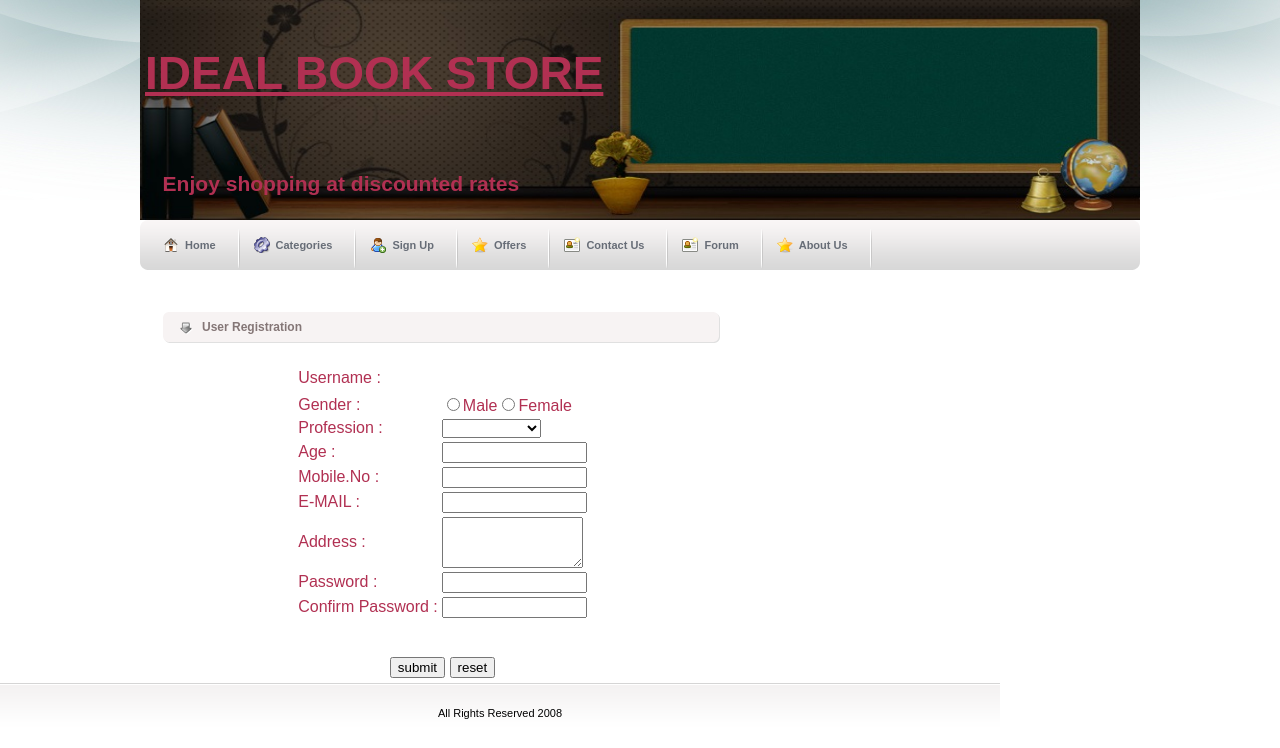
Repository: tusharjain887/Online-Book-Sales
Page: PROJECT/workspace/workspace/OnlineBook/WebContent/registration.html
An editor plug-in stored every save of this project. The page is shown before and after the next save, followed by the edit.
The browser window is 1280 px wide. The pictures show the whole page.

Above is the page before, as saved 2013-04-08 18:00:49.

### PROJECT/workspace/workspace/OnlineBook/WebContent/registration.html

<!DOCTYPE html PUBLIC "-//W3C//DTD XHTML 1.0 Transitional//EN" "http://www.w3.org/TR/xhtml1/DTD/xhtml1-transitional.dtd">
<html xmlns="http://www.w3.org/1999/xhtml">
<head>
<title>Sign Up</title>
<meta http-equiv="Content-Type" content="text/html; charset=windows-1252" />
<link rel="stylesheet" type="text/css" href="style.css" />
<!--[if IE 6]>
<link rel="stylesheet" type="text/css" href="iecss.css" />
<![endif]-->
<script type="text/javascript" src="js/boxOver.js"></script>
</head>
<body>
<div id="main_container">

  <div id="header">
	<div class="leftcontent"><h1><u>IDEAL BOOK STORE</u></h1></div>
    <div class="leftdowncontent"><h3>&nbsp&nbsp&nbspEnjoy shopping at discounted rates</h3></div>

  </div>

  <div id="main_content">
    <div id="menu_tab">
      <div class="left_menu_corner"></div>
      <ul class="menu">
        <li><a href="index.jsp" class="nav1"> Home</a></li>
        <li class="divider"></li>
        <li><a href="categories.jsp" class="nav2">Categories</a></li>
        <li class="divider"></li>
        <li><a href="registration.html" class="nav4">Sign Up</a></li>
        <li class="divider"></li>
        <li><a href="news.jsp" class="nav3">Offers</a></li>
        <li class="divider"></li>
        <li><a href="contact.jsp" class="nav6">Contact Us</a></li>
        <li class="divider"></li>
        <li><a href="forum.jsp" class="nav6">Forum</a></li>
        <li class="divider"></li>
        <li><a href="aboutus.jsp" class="nav3">About Us</a></li>
        <li class="divider"></li>

      </ul>
      <div class="right_menu_corner"></div>
    </div>
    <!-- end of menu tab -->
    <div class="left_content">
     <br><br><br>

      </div>


    <!-- end of left content -->
     <br><br><br>
    </div>
    <!-- end of left content -->
    <div class="center_content">
      <div class="center_title_bar">User Registration</div>
      <div style="font-size:16px;color:#B13052;">
      <form name="myForm" action="registration.jsp" method="post">
      <center>
<table>
<br><br>

<h3>
<tr>
<td style="margin-bottom: 5px;">Username        : </td>
<td style="margin-bottom: 5px;><input type=text name="username" size=15></td>
</tr>
<tr>
<td style="margin-bottom: 5px;>Name         : </td>
<td><input type=text name="name" size=15></td>
</tr>
<tr>
<td>Gender               :</td>
<td><input type="radio" name="gender" value="male" /><span>Male</span><input type="radio" name="gender" value="female" /><span>Female</span></td>
</tr>
<tr>
<td>Profession        : </td>
<td><select name="pro">
<option value=None>
<option value=Student>Student
<option value=Business>Business
<option value=Govt. Employee>Govt.Employ
<option value=Pvt.Employee>Pvt.Employ</select></td>
</tr>
<tr>
<td>Age               :</td>
<td><input type=text name="age"size=15></td>
</tr>
<tr>
<td>Mobile.No         :</td>
<td><input type=text name="phone1" size=15></td>
</tr>
<tr>
<td>E-MAIL            :</td>
<td><input type=text name="email" size=15></td>
</tr>
<tr>
<td>Address          : </td>
<td><textarea rows=3 cols=15 name="address" size=15></textarea></td>
</tr>
<tr>
<td>Password          : </td>
<td><input type=password name="pwd" size=15></td>
</tr>
<tr>
<td>Confirm Password  : </td>
<td><input type=password name="pwd1" size=15></td>
</tr></h3>
</table>
<br><br>


<input type=submit value="submit">
<input type=reset value="reset">
</center>
</form>
</div>
    </div>
    <!-- end of center content -->
    <div class="right_content">
     <br><br><br>
    </div>
    <!-- end of right content -->
  </div>
  <!-- end of main content -->
  <div class="footer">
    <br><br>
    <center> All Rights Reserved 2008</center>
      </div>

<!-- end of main_container -->
</body>
</html>

### PROJECT/workspace/workspace/OnlineBook/WebContent/style.css
body
{
background:url(images/bg.jpg) no-repeat #fff center top;
padding:0;
font-family:Arial, Helvetica, sans-serif;
font-size:11px;
margin:0px auto auto auto;
color:#000;
}
p{
padding:2px;
margin:0px;
}
#main_container{
width:1000px;
height:auto;
margin:auto;
padding:0px;
}
.top_bar{
width:1000px;
height:38px;
background-color:#4a4a4a;
}
.top_search{
width:370px;
height:32px;
margin:0px 20px 0 0;
_margin:0px 10px 0 0;
float:right;
background:url(images/top_search_bg.gif) no-repeat center;
}
input.search_input{
width:182px;
height:18px;
float:left;
margin:5px 0 0 0 ;
border:1px solid #dbdbdb;
border-bottom-color:#ffffff;
border-right-color:#ffffff;
}
.search_text{
float:left;
width:110px;
padding:8px 0 0 15px;
color:#999999;
}
.search_text a{
text-decoration:none;
color:#999999;
}
.search_bt{
float:left;
padding:2px 0 0 15px;
}
.languages{
float:right;
width:150px;
padding:8px 0 0 0;
}
.lang_text{
float:left;
padding:0 5px 0 0;
color:#b3adad;
}
a.lang{
display:block;
float:left;
padding:0 5px 0 5px;
}
#header{
width:1000px;
height:220px;
background:url(images/header_background.jpg) no-repeat center;
background-position:0px 0px;
background-size:1000px 220px;
margin=0;
}
.leftcontent{
	padding:15px 0px 15px 5px;
	font-size:23px;
	color: #B13052;
}
.leftdowncontent{
	padding:5px 0px 15px 5px;
	font-size:18px;
	color: #B13052;
}
.logout{
	float:right;
	font-size:14px;
	color: #fff;
}
.logout a,.logout a:hover {
	color: aqua;
}

}
#logo{
padding:15px;
}
#templatemo_header {
	clear: both;
	width: 1000px;
	height: 200px;
	padding: 0;
	margin: 0;
	background: url(images/templatemo_header_bg.jpg) no-repeat;
}

#templatemo_header a,a:hover {
	color: #000;
}

#templatemo_header #templatemo_special_offers {
	float: left;
	font-size: 14px;
	margin-top: 95px;
	margin-left: 490px;
	width: 180px;
}

#templatemo_special_offers a {
	font-size: 12px;
}

#templatemo_special_offers  p {
	margin: 0 0 20px 0;
}
#templatemo_special_offers p span {
	font-size: 18px;
}

#templatemo_header #templatemo_new_books {
	float: left;
	margin-top: 90px;
	margin-left: 55px;
	width: 180px;
}

#templatemo_new_books ul {
	 margin: 0 0 10px 0;
	 padding: 0 0 0 20px;
}

#templatemo_new_books li {
	 margin: 0;
	 padding: 0;
}

/*------------------------------oferte_content-----------------------*/
.oferte_content{
width:600px;
height:264px;
float:left;
padding:0 0 0 50px;
}
.top_divider{
float:left;
width:1px;
height:164px;
}
.oferta{
width:538px;
float:left;
padding:15px 30px 0 30px;
}
.oferta_img{
float:left;
padding:0 0 10px 0;
}
.oferta_title{
font-size:15px;
color:#b72c24;
font-weight:bold;
}
.oferta_details{
width:400px;
float:left;
padding:0 0 0 30px;
}
.oferta_text{
padding:5px 0 5px 0;
font-size:12px;
color:#FFFFFF;
text-align:justify;
line-height:15px;
}
a.details{
width:83px;
height:21px;
display:block;
float:right;
margin:5px 0 0 0;
padding-left:5px;
background:url(images/details_bt_bg.gif) no-repeat center;
text-align:center;
line-height:21px;
text-decoration:none;
color:#000000;
}
/*---------------------oferta_pagination-----------------------------*/

div.oferta_pagination {
clear:both;
padding:10px 0 0 0;
_padding:0px 0 0 0;
margin:5px;
text-align:center;
float:left;
font-size:10px;
}

div.oferta_pagination a {
width:22px;
height:22px;
display:block;
float:left;
margin:0 0 0 5px;
_margin:0 0 0 3px;
line-height:23px;
text-align:center;
background:url(images/pag_bg.gif) no-repeat center;
text-decoration:none;
color:#9d8b8b;
}
div.oferta_pagination a:hover, div.pagination a:active {
width:22px;
height:22px;
display:block;
float:left;
line-height:23px;
text-align:center;
background:url(images/pag_bg_a.gif) no-repeat center;
text-decoration:none;
color:#ad1614;
}
div.oferta_pagination span.current {
width:22px;
height:22px;
display:block;
float:left;
line-height:23px;
text-align:center;
background:url(images/pag_bg_a.gif) no-repeat center;
text-decoration:none;
color:#ad1614;
}
#main_content{
clear:both;
}
/*---------------- menu tab----------------------*/
#menu_tab{
width:1000px;
height:50px;
background-color:#fff;
}
.left_menu_corner{
width:9px;
height:50px;
float:left;
background:url(images/menu_left.gif) no-repeat center;
}
.right_menu_corner{
width:9px;
height:50px;
float:left;
background:url(images/menu_right.gif) no-repeat center;
}
ul.menu {
list-style-type:none; float:left; display:block; width:982px;
margin:0px; padding:0px;background:url(images/menu_bg.gif) repeat-x;}

ul.menu li {
display:inline;
font-size:11px;
font-weight:bold;
line-height:50px;
}
ul.menu li.divider {
display:inline;
width:2px;
height:50px;
float:left;
background:url(images/menu_divider.gif) no-repeat center;
}

a.nav1:link, a.nav1:visited {
display:block; float:left; padding:0px 8px 0px 22px; margin:0 14px 0 14px;height:50px;text-decoration:none; background:url(images/home.png) no-repeat left; color:#676d77;}
a.nav2:link, a.nav2:visited {
display:block; float:left; padding:0px 8px 0px 22px; margin:0 14px 0 14px;height:50px;text-decoration:none; background:url(images/services.png) no-repeat left; color:#676d77;}
a.nav3:link, a.nav3:visited {
display:block; float:left; padding:0px 8px 0px 22px; margin:0 14px 0 14px;height:50px;text-decoration:none; background:url(images/favs.png) no-repeat left; color:#676d77;}
a.nav4:link, a.nav4:visited {
display:block; float:left; padding:0px 8px 0px 22px; margin:0 14px 0 14px;height:50px;text-decoration:none; background:url(images/user_add.png) no-repeat left; color:#676d77;}
a.nav5:link, a.nav5:visited {
display:block; float:left; padding:0px 8px 0px 22px; margin:0 14px 0 14px;height:50px;text-decoration:none; background:url(images/car.png) no-repeat left; color:#676d77;}
a.nav6:link, a.nav6:visited {
display:block; float:left; padding:0px 8px 0px 22px; margin:0 14px 0 14px;height:50px;text-decoration:none; background:url(images/contact-new.png) no-repeat left; color:#676d77;}

a.nav1:hover, a.nav2:hover, a.nav3:hover, a.nav4:hover, a.nav5:hover, a.nav6:hover {
color:#333333;}


li.currencies{
width:180px;
float:left;
padding:0 0 0 15px;
_padding:12px 0 0 15px;
color:#676d77;
font-size:11px;
font-weight:bold;
}
/*----------------crumb_navigation-------------*/
.crumb_navigation{
width:980px;
height:15px;
padding:5px 10px 0 20px;
color:#333333;
background:url(images/navbullet.png) no-repeat left;
background-position:5px 6px;
}
.crumb_navigation a{
color:#0fa0dd;
text-decoration:underline;
}
span.current{
color:#0fa0dd;
}

/*-------------left_content------------------*/
.left_content{
width:196px;
float:left;
}
.title_box{
width:196px;
height:30px;
margin:5px 0 0 0;
background:url(images/menu_title_bg.gif) no-repeat center;
text-align:center;
font-size:13px;
font-weight:bold;
color:#fff;
line-height:30px;
}
/*--------left menu---------*/
ul.left_menu{
width:196px;
padding:0px;
margin:0px;
list-style:none;
}
ul.left_menu li{
margin:0px;
list-style:none;
}
ul.left_menu li.odd a{
width:166px;height:25px;display:block;background:url(images/checked.png) no-repeat left #dad0d0; background-position:5px 5px;border-bottom:1px #FFFFFF solid;
text-decoration:none;color:#504b4b;padding:0 0 0 30px; line-height:25px;
}
ul.left_menu li.even a{
width:166px;height:25px;display:block;background:url(images/checked.png) no-repeat left #eee6e6;background-position:5px 5px;border-bottom:1px #FFFFFF solid;
text-decoration:none;color:#504b4b;padding:0 0 0 30px; line-height:25px;
}
ul.left_menu li.even a:hover, ul.left_menu li.odd a:hover{
background:url(images/checked.png) no-repeat left #7bbcc7; color:#FFFFFF;background-position:5px 5px;
}

.border_box{
width:194px;
height:auto;
text-align:center;
border:1px #6da6b1 solid;
}
.product_title{
color:#ea2222;
padding:5px 0 5px 0;
font-weight:bold;
}
.product_title a{
text-decoration:none;
color:#ea2222;
padding:5px 0 5px 0;
font-weight:bold;
}
.product_title a:hover{
color:#064E5A;
}
.product_img{
padding:5px 0 5px 0;
}
.prod_price{
padding:5px 0 5px 0;
}
span.reduce{
color:#ea2222;
text-decoration:line-through;
}
span.price{
color:#ea2222;
}
/*----------newsletter--------------*/
input.newsletter_input{
width:160px;
height:16px;
border:1px #ddd9d9 solid;
margin:10px 0 5px 0;
font-size:12px;
padding:3px;
color:#999999;
}
a.join{
width:17px;
display:block;
margin:5px 0 5px 140px;
_margin:5px 0 5px 130px;
background:url(images/blue-add.png) no-repeat left;
padding:0 0 0 20px;
text-decoration:none;
color:#1c4a52;
}
.banner_adds{
width:194px;
text-align:center;
padding:10px 0 10px 0;
}

/*center content--------------------------*/
.center_content{
width:585px;
float:left;
padding:5px 10px;
}
.center_title_bar{
width:520px;
height:33px;
float:left;
padding:0 0 0 40px;
margin:0 0 0 12px;
_margin:0 0 0 6px;
line-height:33px;
font-size:12px;
color:#847676;
font-weight:bold;
background:url(images/bar_bg.gif) no-repeat center;
}

/*----------------------right content--------------*/
.right_content{
width:196px;
float:left;
padding:5px 0 0 0;
}
.shopping_cart{
width:195px;
height:84px;
text-align:center;
background:url(images/cart_bg.gif) no-repeat center;
}
.cart_title{
font-size:12px;
font-size:12px;
color:#847676;
font-weight:bold;
padding:8px 0 0 0;
}
.cart_details{
width:115px;
float:left;
padding:5px 0 0 15px;
text-align:left;
}
.cart_icon{
float:left;
padding:5px 0 0 5px;
}
span.border_cart{
width:100px;
height:1px;
margin:3px 0 3px 0;
display:block;
border-top:1px #999999 dashed;
}
/*---------prod_box----------*/
.prod_box{
width:173px;
height:auto;
float:left;
padding:10px 10px 10px 11px;
}
.top_prod_box{
width:173px;height:12px;background:url(images/product_box_top.gif) no-repeat center bottom;float:left; padding:0px; margin:0px;
}
.bottom_prod_box{
width:173px;height:10px;background:url(images/product_box_bottom.gif) no-repeat center top;float:left;padding:0px; margin:0px;
}
.center_prod_box{
width:173px;height: auto;background:url(images/product_box_center.gif) repeat-y;float:left; text-align:center;padding:0px; margin:0px;
}
.prod_details_tab{
width:173px;
height:31px;
float:left;
background:url(images/products_details_bg.gif) no-repeat center;
margin:3px 0 0 0;
}
img.left_bt{
float:left;
padding:6px 0 0 6px;
}
a.prod_details{
width:25px;
display:block;
float:left;
background:url(images/square-blue-add.gif) no-repeat left;
padding:0 0 0 20px;
margin:7px 0 0 38px;
_margin:6px 0 0 35px;
text-decoration:none;
color:#0fa0dd;
}
/*---------prod_box_big----------*/
.prod_box_big{
width:554px;
height:auto;
float:left;
padding:10px 10px 10px 15px;
}
.top_prod_box_big{
width:554px;height:12px;background:url(images/details_box_top.gif) no-repeat center bottom;float:left; padding:0px; margin:0px;
}
.bottom_prod_box_big{
width:554px;height:12px;background:url(images/details_box_bottom.gif) no-repeat center top;float:left;padding:0px; margin:0px;
}
.center_prod_box_big{
width:554px;height: auto;background:url(images/details_box_center.gif) repeat-y;float:left; text-align:center;padding:0px; margin:0px;
}
.product_img_big{
width:170px;
padding:5px 0 5px 10px;
float:left;
}
.details_big_box{
width:345px;
float:left;
padding:0 0 0 15px;
text-align:left;
}
.product_title_big{
color:#ea2222;
padding:5px 0 5px 0;
font-weight:bold;
font-size:14px;
}
.specifications{
font-size:12px;
font-weight:bold;
line-height:18px;
}
.thumbs{
padding:8px 5px 8px 5px;
border:1px #DFD1D1 solid;
margin:3px 0 0 0;
}
.thumbs a{
padding:3px;
}
.prod_price_big{
padding:5px 0 5px 0;
font-size:16px;
}
span.reduce{
color:#ea2222;

}
span.price{
color:#ea2222;
}
a.addtocart{
width:76px;
height:27px;
display:block;
float:left;
background:url(images/addtocart.gif) no-repeat left;
padding:0 0 0 33px;
text-decoration:none;
line-height:27px;
color:#1c4a52;
}
a.compare{
width:76px;
height:27px;
display:block;
float:left;
margin:0 0 0 10px;
background:url(images/compare.gif) no-repeat left;
padding:0 0 0 33px;
text-decoration:none;
line-height:27px;
color:#1c4a52;
}
span.blue{
color:#5F9FAB;
}
/*---------------contact_form------------------*/
.contact_form{
width:355px;
float:left;
padding:0px 0 0 75px;
}
.form_row{
width:335px;
clear:both;
padding:10px 0 10px 0;
_padding:5px 0 5px 0;
color:#a53d17;
}
label.contact{
width:75px;
float:left;
font-size:12px;
text-align:right;
padding:4px 5px 0 0;
color: #333333;
}
input.contact_input{
width:253px;
height:18px;
background-color:#fff;
color:#999999;
border:1px #DFDFDF solid;
float:left;
}
textarea.contact_textarea{
width:253px;
height:50px;
font-family:Arial, Helvetica, sans-serif;
font-size:12px;
color: #999999;
background-color:#fff;
border:1px #DFDFDF solid;
float:left;
}
a.contact{
width:99px;
height:27px;
display:block;
float:right;
margin:0 0 0 10px;
background:url(images/contact_bt.gif) no-repeat left;
padding:0 0 0 10px;
text-decoration:none;
line-height:27px;
color:#1c4a52;
}
/*--------------footer----------------*/
.footer{
width:1000px;
clear:both;
height:65px;
background:url(images/footer_bg.gif) repeat-x top;
}
.left_footer{
float:left;
width:300px;
padding:5px 0 0 10px;
}
.right_footer{
float:right;
padding:15px 30px 0 0;
}
.right_footer a{
padding:0 0 0 7px;
text-decoration:none;
color: #666666;
}
.right_footer a:hover{
text-decoration:underline;
}

.center_footer{
float:left;
width:200px;
text-align:center;
color:#666666;
padding:10px 0 0 60px;
}

Loaded but not shown: PROJECT/workspace/workspace/OnlineBook/WebContent/js/boxOver.js (369 lines, source omitted)

After the next save:
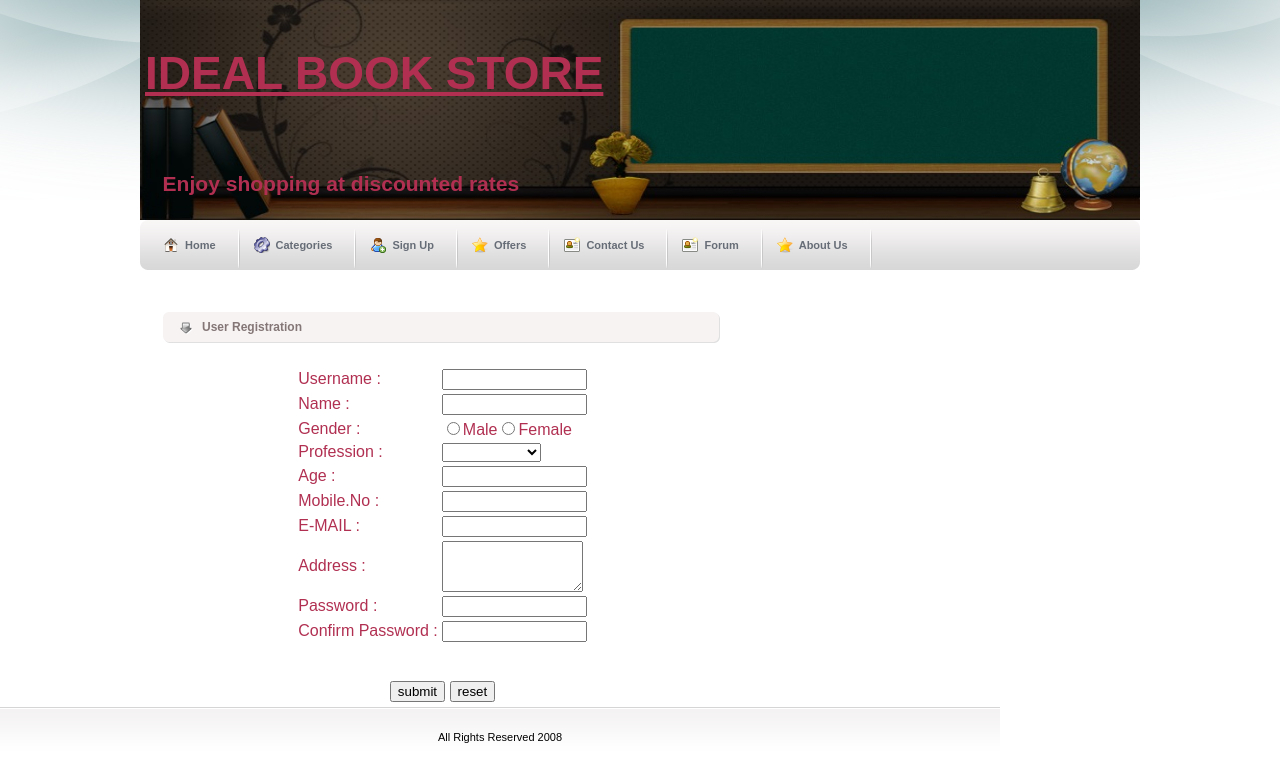
Saved 65 s later.
--- a/PROJECT/workspace/workspace/OnlineBook/WebContent/registration.html
+++ b/PROJECT/workspace/workspace/OnlineBook/WebContent/registration.html
@@ -63,10 +63,10 @@
 <h3>
 <tr>
 <td style="margin-bottom: 5px;">Username        : </td>
-<td style="margin-bottom: 5px;><input type=text name="username" size=15></td>
+<td style="margin-bottom: 5px;"><input type=text name="username" size=15></td>
 </tr>
 <tr>
-<td style="margin-bottom: 5px;>Name         : </td>
+<td style="margin-bottom: 5px;"">Name         : </td>
 <td><input type=text name="name" size=15></td>
 </tr>
 <tr>
